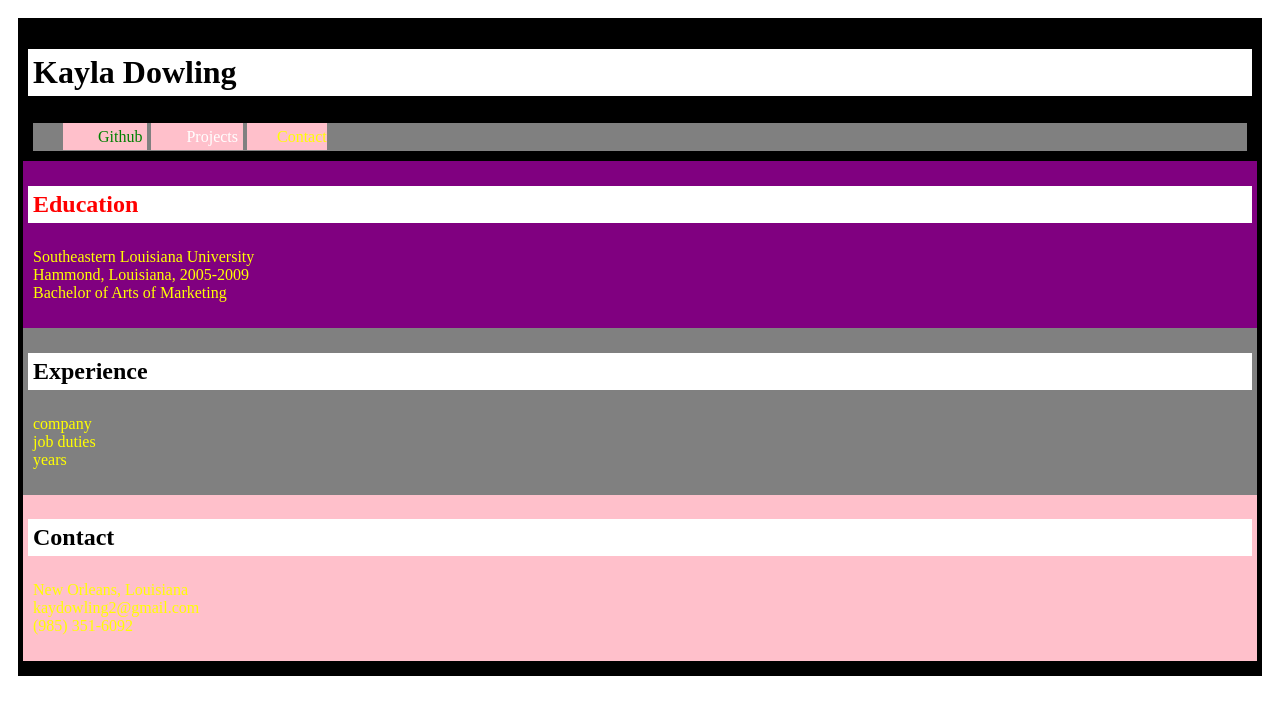
Repository: kayladowling/jekyll_website
Page: home.html
The author's editor kept a record of every edit. The page is drawn from the files as they stood at one moment, then again after the next edit.
The browser window is 1280 px wide. The pictures show the whole page.

Above is the page before.

### home.html
<!DOCTYPE html>
<html>
  <head> <title>Kayla Dowling</title>
  <link href="css/home.css" type="text/css" rel="stylesheet"/> </head>


  <body>
<div class ="wrapper">

   <header> <!-- Start of header -->
   <h1>Kayla Dowling</h1>
   <nav>
  <ul>
      <li><a href="https://github.com/kayladowling" id="github">Github</a></li>
      <li><a href="projects.html" id="projects">Projects</a></li>
      <li>Contact</li>
  </ul>
  </nav>
 </header>  <!-- end of header -->

  <section class="education"> <!-- start of education section -->
    <h2>Education</h2>
<p>Southeastern Louisiana University </br>
  Hammond, Louisiana, 2005-2009 </br>
 Bachelor of Arts of Marketing </p>
 </section> <!-- end of education section -->

 <section class="experience"> <!-- start of eperience -->
  <h2>Experience</h2>
  <p>company </br>
  job duties </br>
  years</p>
  </section> <!-- end of eperience -->

 <section class="contact"> <!-- start of contact -->
 <h2>Contact</h3>
 <p>New Orleans, Louisiana <br>
 kaydowling2@gmail.com <br>
 (985) 351-6092 </p>

 </section> <!-- end of contact -->

 <footer>
     <!-- add footer content-->
 </footer>
  </div> <!-- end of wrapper -->
 </body>
</html>

### css/home.css

* {
    padding: 5px;
}
h1 {
    background-color: white;
}

h2 {
    background-color: white;
}

p {
    color: yellow;

}

nav ul {
    margin: 0px;
    padding: 5px 0px 5px 30px;
    background: gray;
}

nav li {
    display:inline;
    padding: 5px 0px 5px 30px;
    background: pink;
    color: yellow;
}

.wrapper {
    background-color: black;
    padding: 5px;
}

a {
    text-decoration: none;
    color: white;
}

.education {
    color: red;
    background-color: purple;
}

.experience {
    background-color: gray;
}

.contact {
    background-color: pink;
}

#github {
    color: green;
}

After the next edit:
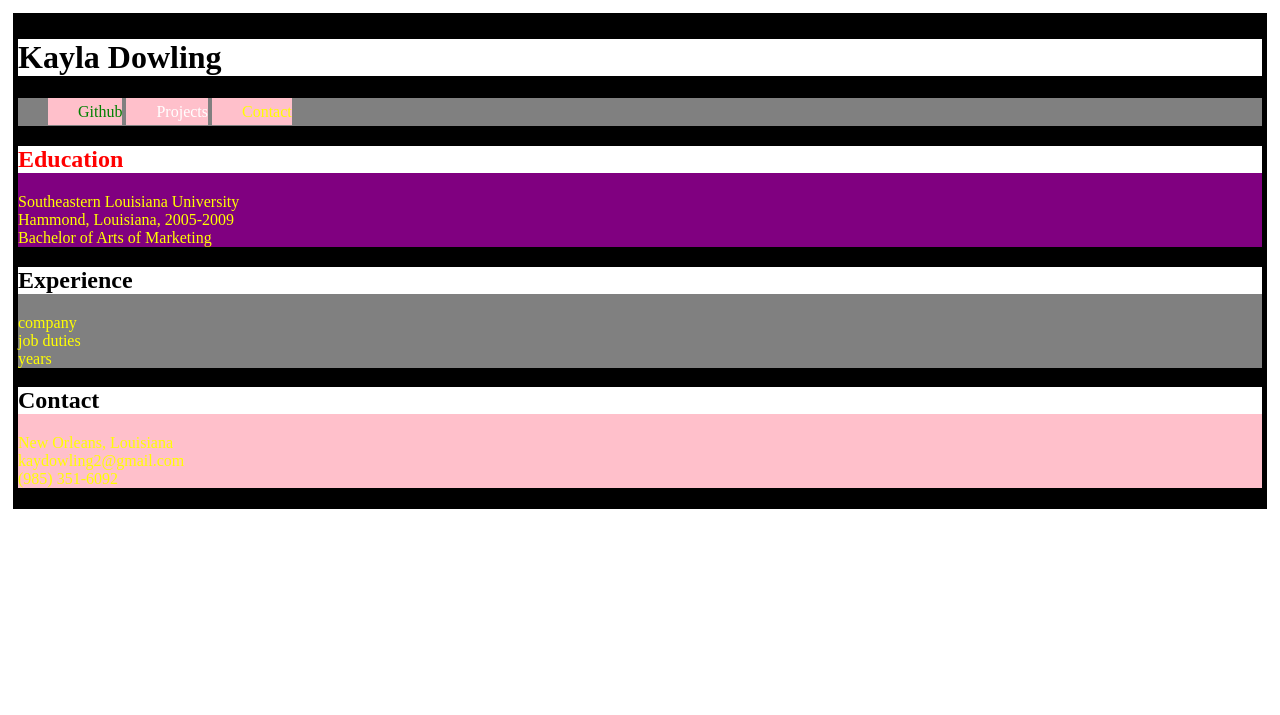
The edit:
--- a/css/home.css
+++ b/css/home.css
@@ -1,6 +1,6 @@
 
-* {
-    padding: 5px;
+body {
+   padding: 5px;
 }
 h1 {
     background-color: white;
